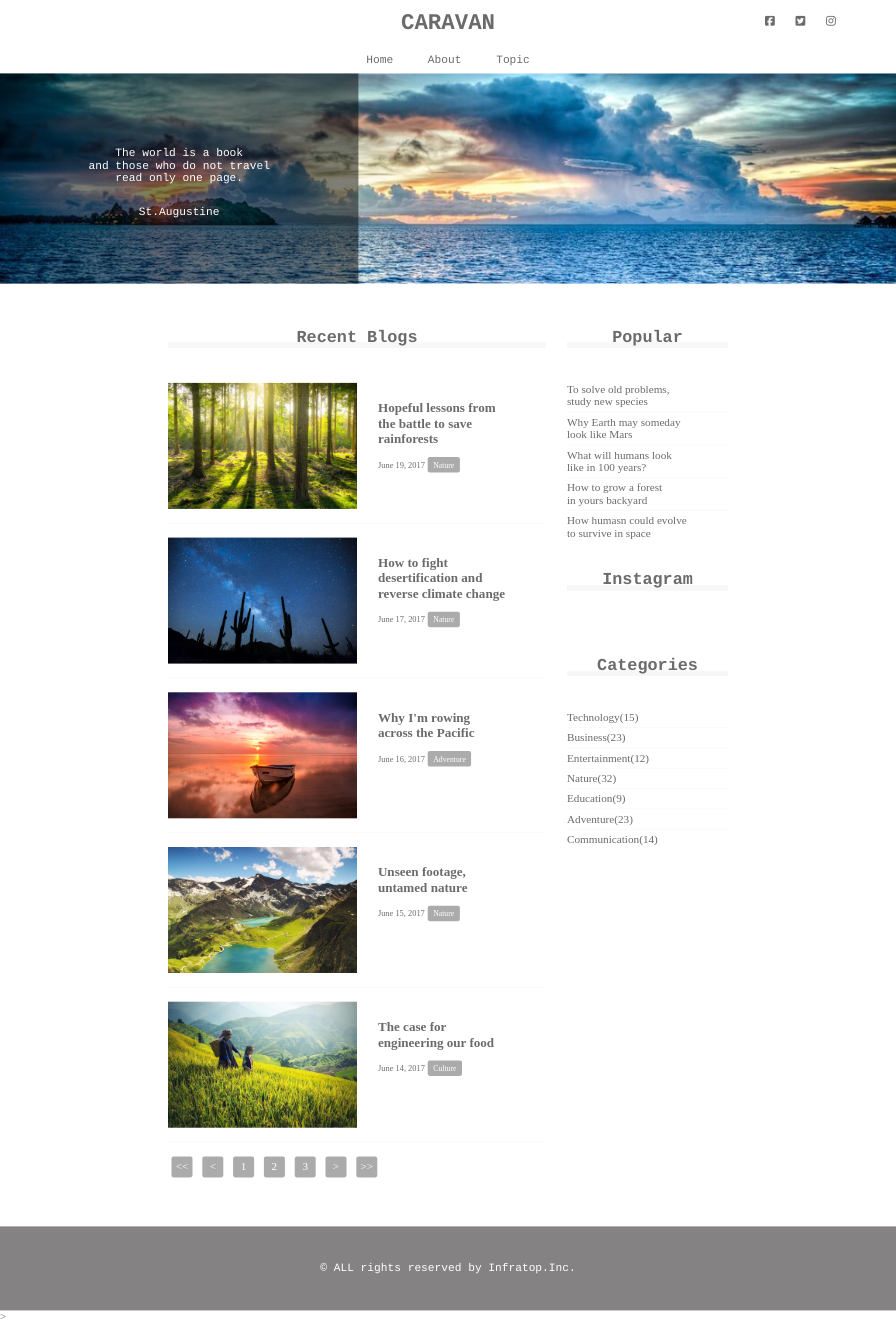
Repository: sweetyk0168/git-kadai3
Page: caravan/index.html
The author's editor kept a record of every edit. The page is drawn from the files as they stood at one moment, then again after the next edit.
The browser window is 1280 px wide. The pictures show the whole page, at 70% of full size.
Some web libraries are served in a nearby version.

Above is the page before.

### caravan/index.html
<!DOCTYPE HTML>
<html lang="ja">
  <head>
    <meta charset="UTF-8" />
    <script src="https://kit.fontawesome.com/51edd661f7.js" crossorigin="anonymous"></script>
    <link rel="stylesheet" href="style.css" />
    <title>CARAVAN</title>
  </head>

  <body>
    <!-- header -->
    <!--<div class="header">-->
    <header>
      <h1 class="heading">
        <a href="index.html">
            CARAVAN
        </a>
      </h1>
      <div class="social">
        <i class="fa-brands fa-square-facebook"></i>
        <i class="fa-brands fa-square-twitter"></i>
        <i class="fa-brands fa-instagram"></i>
      </div>
    </header>
    <!--</div> -->

    <!-- navigation -->
    <nav>
      <ul class="navi-list">
          <li class="navi-list-item">
            <a href="index.html">Home</a>
          </li>
          <li class="navi-list-item">About</li>
          <li class="navi-list-item">Topic</li>
      </ul>
    </nav>
    <!-- main-visual用のdiv -->
    <div class="main-visual">
      <div class="main-visual-content">
        <!-- pタグ（と文字）を追加-->
        <p class="main-visual-text">
          The world is a book<br />
          and those who do not travel<br />
          read only one page.
        </p>
        <p class="main-visual-name">
          St.Augustine
        </p>
      </div>
    </div>

    <!-- main用のdiv -->
    <main>
        <!--<div class="sidebar-right"></div>-->
        <section class="blog">
          <h2 class="blog-heading">Recent Blogs</h2>
          <div class="blog-box">
            <div class="blog-item">
              <img class="blog-image" src="img/forest.jpg">
              <section class="blog-text">
                <h3 class="blog-text-heading">
                  <a href="single.html">
                    Hopeful lessons from<br>
                    the battle to save<br>
                    rainforests
                  </a>
                </h3>
                <p class="blog-date">June 19, 2017</p>
                <span class="category">Nature</span>
              </section>
            </div>
            <div class="blog-item">
              <img class="blog-image" src="img/desert.jpg" />
              <section class="blog-text">
                  <h3 class="blog-text-heading">
                    <a href="single.html">
                      How to fight<br>
                      desertification and<br>
                      reverse climate change
                    </a>
                  </h3>
                  <p class="blog-date">June 17, 2017</p>
                  <span class="category">Nature</span>
              </section>
            </div>
            <div class="blog-item">
              <img class="blog-image" src="img/sunset.jpg" />
              <section class="blog-text">
                  <h3 class="blog-text-heading">
                    <a href="single.html">
                      Why I'm rowing<br>
                      across the Pacific
                    </a>
                  </h3>
                  <p class="blog-date">June 16, 2017</p>
                  <span class="category">Adventure</span>
              </section>
            </div>
            <div class="blog-item">
              <img class="blog-image" src="img/italy.jpg" />
              <section class="blog-text">
                  <h3 class="blog-text-heading">
                    <a href="single.html">
                      Unseen footage,<br>
                      untamed nature
                    </a>
                  </h3>
                  <p class="blog-date">June 15, 2017</p>
                  <span class="category">Nature</span>
              </section>
            </div>
            <div class="blog-item">
              <img class="blog-image" src="img/asia.jpg" />
              <section class="blog-text">
                  <h3 class="blog-text-heading">
                    <a href="single.html">
                      The case for<br>
                      engineering our food
                    </a>
                  </h3>
                  <p class="blog-date">June 14, 2017</p>
                  <span class="category">Culture</span>
              </section>
            </div>
          </div>
          <dig class="pagination">
            <p><<</p>
            <p><</p>
            <p>1</p>
            <p>2</p>
            <p>3</p>
            <p>></p>
            <p>>></p>
          </dig>
        </section>
        <div class="sidebar">
          <section class="popular">
            <h2 class="popular-heading common-heading">Popular</h2>
            <div class="sidebar-contents">
              <p class="popular-text">To solve old problems,<br>study new species</p>
              <p class="popular-text">Why Earth may someday<br>look like Mars</p>
              <p class="popular-text">What will humans look<br>like in 100 years?</p>
              <p class="popular-text">How to grow a forest<br>in yours backyard</p>
              <p class="popular-text">How humasn could evolve<br>to survive in space</p>
            </div>
          </section>
          <section class="instragram">
            <h2 class="instagram-heading common-heading">Instagram</h2>
            <div class="sidebar-contents">
              <div class="instragram-box"></div>
              <div class="instragram-box"></div>
              <div class="instragram-box"></div>
              <div class="instragram-box"></div>
              <div class="instragram-box"></div>
              <div class="instragram-box"></div>
            </div>
          </section>
          <section class="categories">
            <h2 class="categories-heading common-heading">Categories</h2>
            <div class="sidebar-contents">
              <div class="categories-text">Technology(15)</div>
              <div class="categories-text">Business(23)</div>
              <div class="categories-text">Entertainment(12)</div>
              <div class="categories-text">Nature(32)</div>
              <div class="categories-text">Education(9)</div>
              <div class="categories-text">Adventure(23)</div>
              <div class="categories-text">Communication(14)</div>
            </div>
          </section>
        </div>
    </main>

    <!-- footer用のdiv -->
    <footer>
      <p class="footer-text">© ALL rights reserved by Infratop.Inc.</p>
    </footer>

    </footer>>
  </body>
</html>

### caravan/style.css
/* ブラウザがそれぞれ持っているCSSをリセットするための記述 */
* {
  margin: 0;
  padding: 0;
  box-sizing: border-box;
  color: #6c6b6b;
}

a {
  text-decoration: none;
}

header, nav, h2, .main-visual, footer {
  font-family: Chalkduster, "Bradley Hand", Courier, "Segoe Print", sans-serif;
}

header {
  width: 90%; /* 横幅いっぱい */
  padding: 15px 0;
  margin: 0 auto;
  text-align: center;
  position: relative;
}

.social i {
  display: inline-block;
  margin-left: 20px;
}

.social {
  position: absolute;
  top: 22px;
  right: 22px;
}

header .heading {
  /* headerタグ内のheadingクラスにのみ反映される*/
 font-size: 32px;
}

.navi-list {
  text-align: center;
  padding: 10px 0;
  margin: 0 auto;
}

.navi-list-item {
  list-style: none;
  display: inline-block;
  margin: 0 20px;
}

.main-visual {
  width: 100%; /* 横幅いっぱい */
  height: 300px; /* 高さ300px */
  background-image: url(img/mv.jpg);
  background-size: cover;
  background-position: center;
}

.main-visual-content {
  width: 40%;
  height: 300px;
  background-color: rgba(0, 0, 0, 0.5); /*背景色を半透明の黒にする*/
  text-align: center; /* 文字を中央揃えにする*/
  padding-top: 105px; /* 上側の内側余白で垂直方向の位置を調整*/
}

.main-visual-text {
  color: #fff; /*文字色を城に変更*/
}

.main-visual-name {
  margin-top: 30px; /*上側の外側の余白*/
  color: #fff; /*文字色を白に変更*/
}

main {
  width: 800px; /* 横幅840px */
  display: flex; /* Flexboxの利用 */
  justify-content: center; /* 子要素の横並び・中央寄せ */
  margin: 0 auto; /* 中央寄せ（左右に余白がないとできない） */
  padding: 70px 0; /* 上下に70px 左右に0pxの内側余白*/
}

.blog {
  width: 540px;
  margin-right: 30px; /*領域の右側余白*/
}

.blog-heading {
  border-bottom: 8px solid #f7f7f7;
  text-align: center;
  line-height: 0.6;
}

.blog-box {
  padding-top: 50px;
}

.blog-item {
  padding-bottom: 20px;
  margin-bottom: 20px;
  border-bottom: 1px solid #f7f7f7;
  display: flex;
  justify-content: flex-start;
}

.blog-image {
  height: 180px;
}

.blog-text {
  padding: 25px 0 0 30px;
}

.blog-text-heading {
  padding-bottom: 15px;
}

.blog-date {
  font-size: 12px;
  display: inline-block;
}

.category {
  display: inline-block;
  padding: 5px 8px;
  background-color: #acabab;
  border-radius: 3px;
  color: #fff;
  font-size: 11px;
}

.pagination {
  text-align: center;
  padding-top: 50px;
}

.pagination p {
  display: inline-block;
  width: 30px;
  height: 30px;
  margin: 0 5px;
  color: #fff;
  background-color: #acabab;
  border-radius: 3px;
  line-height: 30px;
}
.sidebar {
  width: 230px;
}

.common-heading {
  border-bottom: 8px solid #f7f7f7;
  text-align: center;
  line-height: 0.6;
}

.sidebar-contents {
  padding: 50px 0;
}

.popular-text,
.categories-text {
  padding-bottom: 5px;
  border-bottom: 1px solid #f7f7f7;
  margin-bottom: 5px;
}

.popular-text:last-child,
.categories-text:last-child {
  margin: 0;
  padding: 0;
  border: none;
}

.instagram .sidebar-contents {
  display: flex;
  flex-wrap: wrap;
}

.instagram-box {
  width: 110px;
  padding-top: 110px;
  background-size: cover;
  background-position: center;
  margin-bottom: 10px;
}

.instagram-box:nth-child(odd) {
  margin-right: 10px;
}

.instagram-box:nth-child(1) {
  background-image: url(img/airport.jpg);
}

.instagram-box:nth-child(2) {
  background-image: url(img/japan.jpg);
}

.instagram-box:nth-child(3) {
  background-image: url(img/snow.jpg);
}

.instagram-box:nth-child(4) {
  background-image: url(img/japan2.jpg);
}

.instagram-box:nth-child(5) {
  background-image: url(img/lake.jpg);
}

.instagram-box:nth-child(6) {
  background-image: url(img/road.jpg);
}


footer {
  width: 100%; /* 横幅いっぱい */
  height: 120px; /* 高さ100px */
  text-align: center;
  line-height: 120px;
  background-color: #848282; /* 背景色blue */
}

.footer-text {
  color: #fff;
}

@media screen and (max-width: 425px) {
  header {
    width: 100px;
  }

  .navi-list {
    width: 100px;
  }

  .navi-list-item {
    width: 100px;
    margin: 0 0 10px 0;
  }

  .social {
    display: none;
  }

  .main-visual-content {
    width: 100px;
  }

  main {
    width: 100px;
    display: block;
  }

  .blog {
    width: 100px;
    display: block;
  }

  .blog-box {
    padding-left :2%;
    padding-right: 2%;
  }













}

After the next edit:
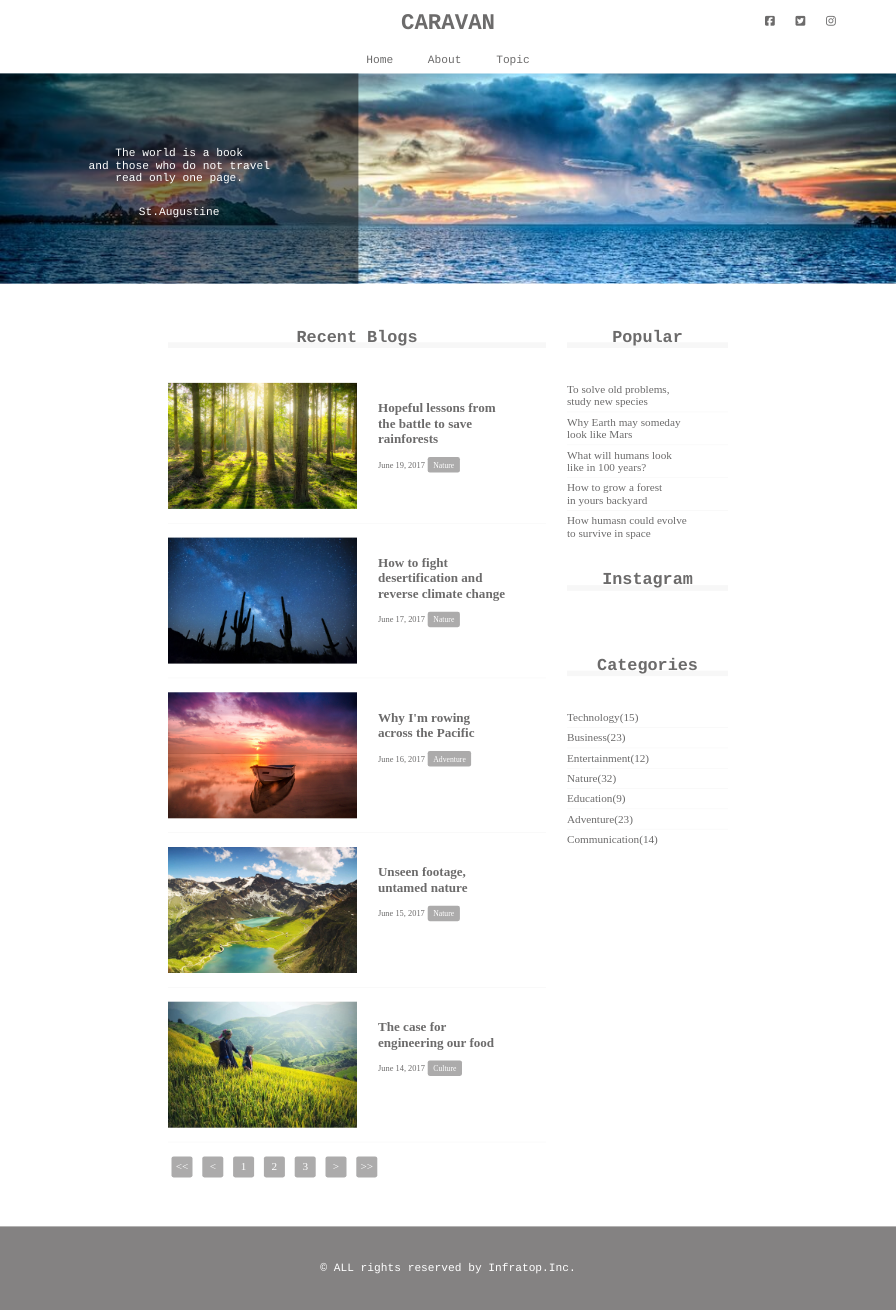
The edit:
--- a/caravan/index.html
+++ b/caravan/index.html
@@ -174,7 +174,5 @@
     <footer>
       <p class="footer-text">© ALL rights reserved by Infratop.Inc.</p>
     </footer>
-
-    </footer>>
   </body>
 </html>
